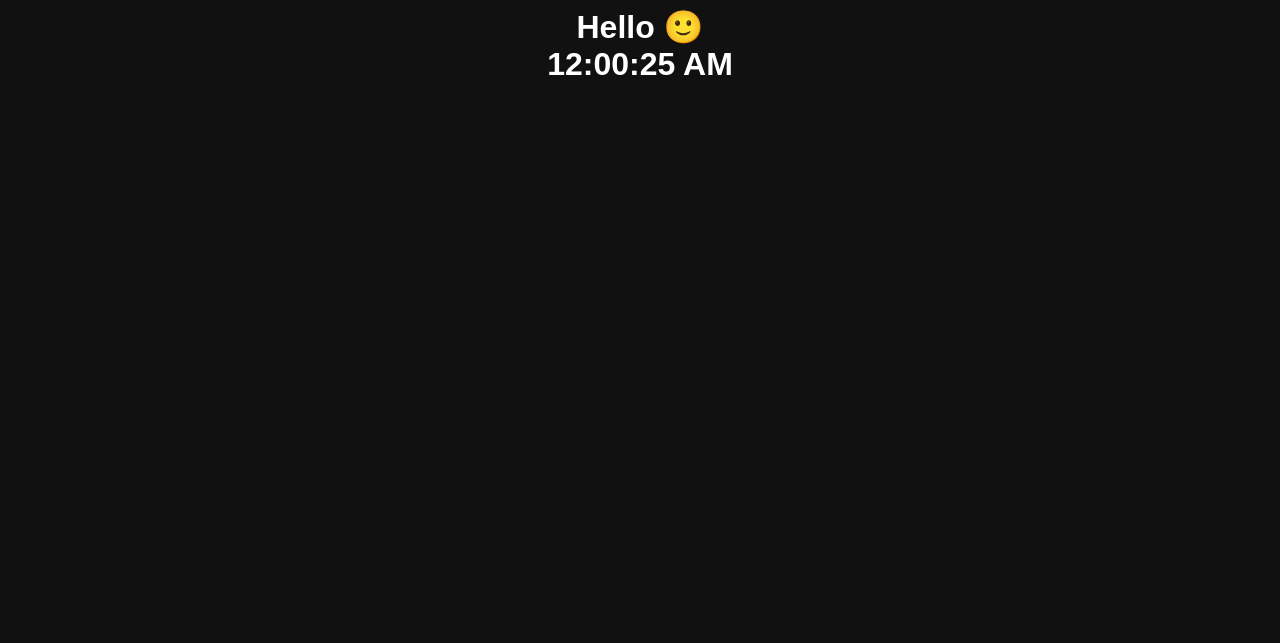
Repository: 43320888/upwork
Page: popup/index.html
An editor plug-in stored every save of this project. The page is shown before and after the next save, followed by the edit.
The browser window is 1280 px wide. The pictures show the whole page.

Above is the page before, as saved 2019-01-24 10:31:34.

### popup/index.html
<meta http-equiv="Content-Type" content="text/html;charset=UTF-8">
<body style="background:#111; color:#fff; font-family: Arial, Helvetica, sans-serif; text-align: center">
	<h1>Hello 🙂<div></div><script src="timer.js"></script></h1>
</body>

### popup/timer.js
(() => {
	const x = new Date().getTime() + 30000;
	const j = document.querySelector('h1 div');

	backTimer();

	function backTimer() {
		let i = new Date().getTime();
		if (i < x) {
			j.innerHTML = new Date(x - i).toLocaleTimeString();
			setTimeout(backTimer, 500);
		}
		else {
			// j.innerHTML = "00:00:00";
			document.body.innerHTML = '<h1>Time is over</h1>';
		}
	}
})();

After the next save:
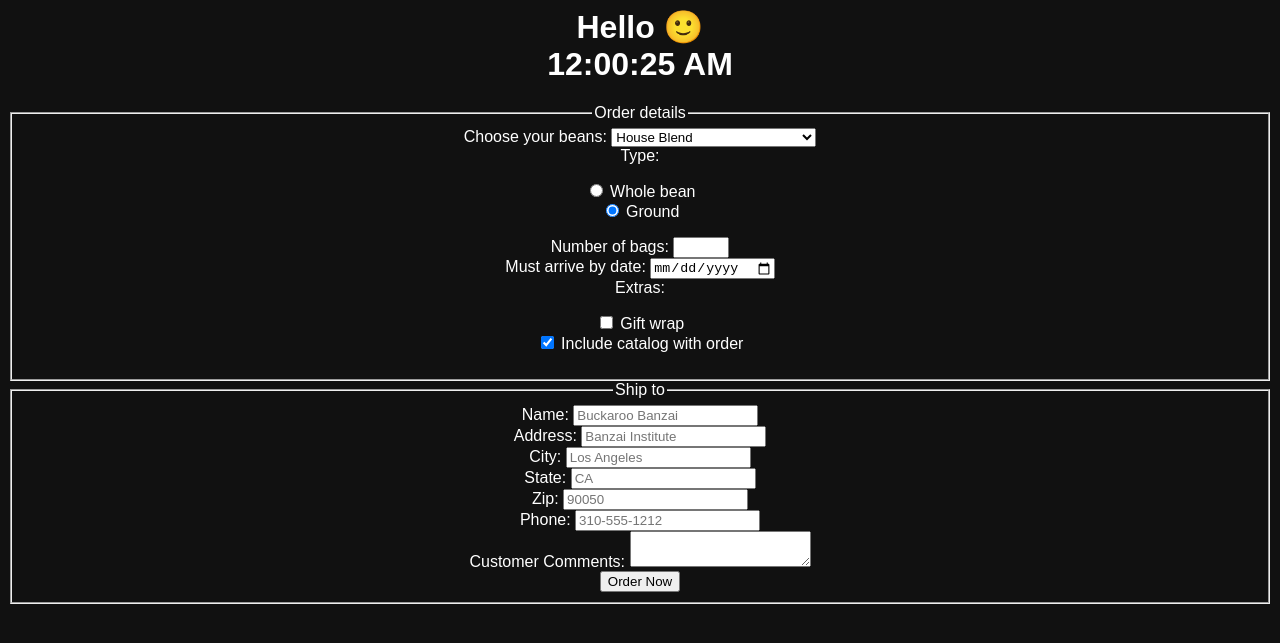
Saved 11 min 49 s later.
--- a/popup/index.html
+++ b/popup/index.html
@@ -1,4 +1,81 @@
 <meta http-equiv="Content-Type" content="text/html;charset=UTF-8">
 <body style="background:#111; color:#fff; font-family: Arial, Helvetica, sans-serif; text-align: center">
 	<h1>Hello 🙂<div></div><script src="timer.js"></script></h1>
+	<form action="http://www.starbuzzcoffee.com/processorder.php" method="post">
+		<fieldset>
+			<legend>Order details</legend>
+			<div class="tableRow">
+				<label for="beans">
+				  Choose your beans:
+				</label>
+		    <select id="beans" name="beans">
+		      <option value="House Blend">House Blend</option>
+		      <option value="Bolivia">Shade Grown Bolivia Supremo</option>
+		      <option value="Guatemala">Organic Guatemala</option>
+		      <option value="Kenya">Kenya</option>
+		    </select>
+			</div>
+			<div class="tableRow">
+				<label>Type:</label>
+				<p>
+				   <input type="radio" id="whole_beantype" name="beantype" value="whole">
+						<label for="whole_beantype">Whole bean</label><br>
+			    <input type="radio" id="ground_beantype" name="beantype" value="ground" checked>
+				    <label for="ground_beantype">Ground</label>
+				</p>
+			</div>
+			<div class="tableRow">
+				<label for="bags">Number of bags:</label>
+				<input type="number" id="bags" name="bags" min="1" max="10">
+			</div>
+			<div class="tableRow">
+				<label for="date">Must arrive by date:</label>
+				<input type="date" name="date">
+			</div>
+			<div class="tableRow">
+				<label>Extras:</label>
+				<p>
+			    <input type="checkbox" id="giftwrap_extras" name="extras[]" value="giftwrap">
+						<label for="giftwrap_extras">Gift wrap</label><br>
+			    <input type="checkbox" id="catalog_extras" name="extras[]" value="catalog" checked>
+				    <label for="catalog_extras">Include catalog with order</label>
+				</p>
+			</div>
+		</fieldset>
+		<fieldset>
+			<legend>Ship to</legend>
+			<div class="tableRow">
+				<label for="name">Name:</label>
+				<input type="text" id="name" name="name" value="" placeholder="Buckaroo Banzai" required>
+			</div>
+			<div class="tableRow">
+				<label for="address">Address:</label>
+				<input type="text" id="address" name="address" value="" placeholder="Banzai Institute" required>
+			</div>
+			<div class="tableRow">
+				<label for="city">City:</label>
+				<input type="text" id="city" name="city" value="" placeholder="Los Angeles" required>
+			</div>
+			<div class="tableRow">
+				<label for="state">State:</label>
+				<input type="text" id="state" name="state" value="" placeholder="CA" required>
+			</div>
+			<div class="tableRow">
+				<label for="zip">Zip:</label>
+				<input type="text" id="zip" name="zip" value="" placeholder="90050" required>
+			</div>
+			<div class="tableRow">
+				<label for="phone">Phone:</label>
+				<input type="tel" id="phone" name="phone" value="" placeholder="310-555-1212" required>
+			</div>
+			<div class="tableRow">
+				<label for="comments">Customer Comments:</label>
+		    <textarea id="comments" name="comments"></textarea>
+			</div>
+			<div class="tableRow">
+				<label></label>
+				<input type="submit" value="Order Now">
+			</div>
+		</fieldset>
+	    </form>
 </body>
